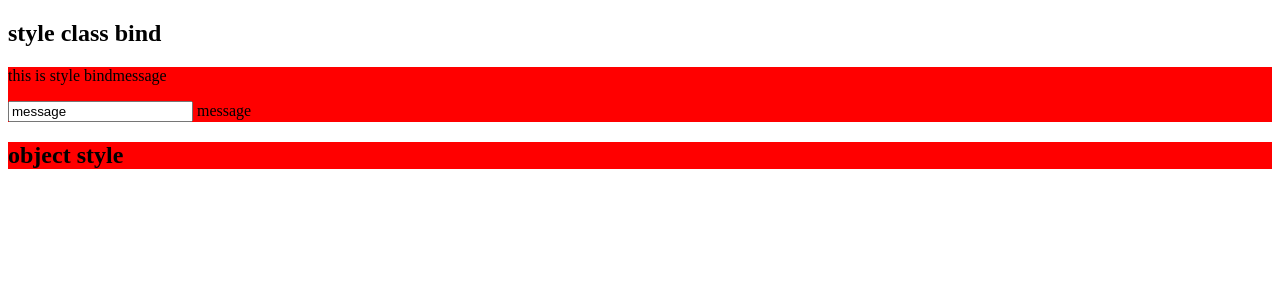
Repository: MeghaNagari/PracticeAtVMC
Page: Practice/VuePractice/WebContent/ClassStyleBind.html
The author's editor kept a copy of each file at every save. The page is drawn from the files as they stood at one save, then again after the next save.
The browser window is 1280 px wide. The pictures show the whole page.
Some web libraries are served in a nearby version.

Above is the page before, as saved 2018-03-19 18:02:19.

After the next save:
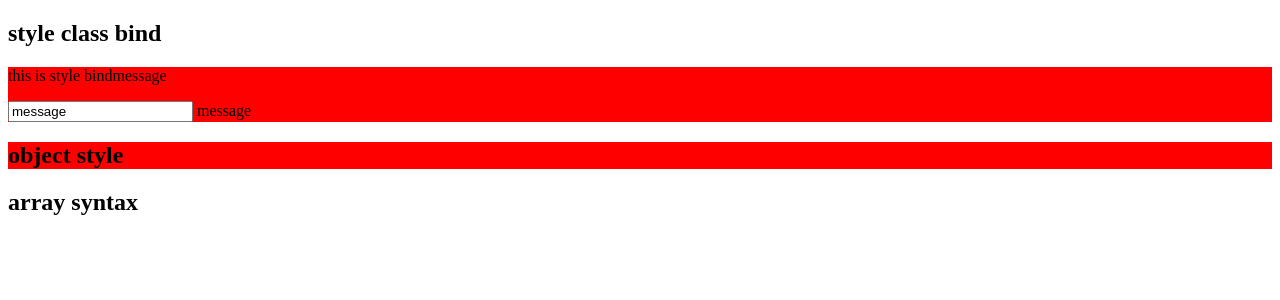
Saved 5 min 20 s later.
--- a/Practice/VuePractice/WebContent/ClassStyleBind.html
+++ b/Practice/VuePractice/WebContent/ClassStyleBind.html
@@ -35,6 +35,10 @@
 <h2>object style</h2>
 </div>
 </div>
+
+<h2>array syntax</h2>
+<div v-bind:class="[activeClass, errorClass]"></div>
+
 </body>
 
 <script>
